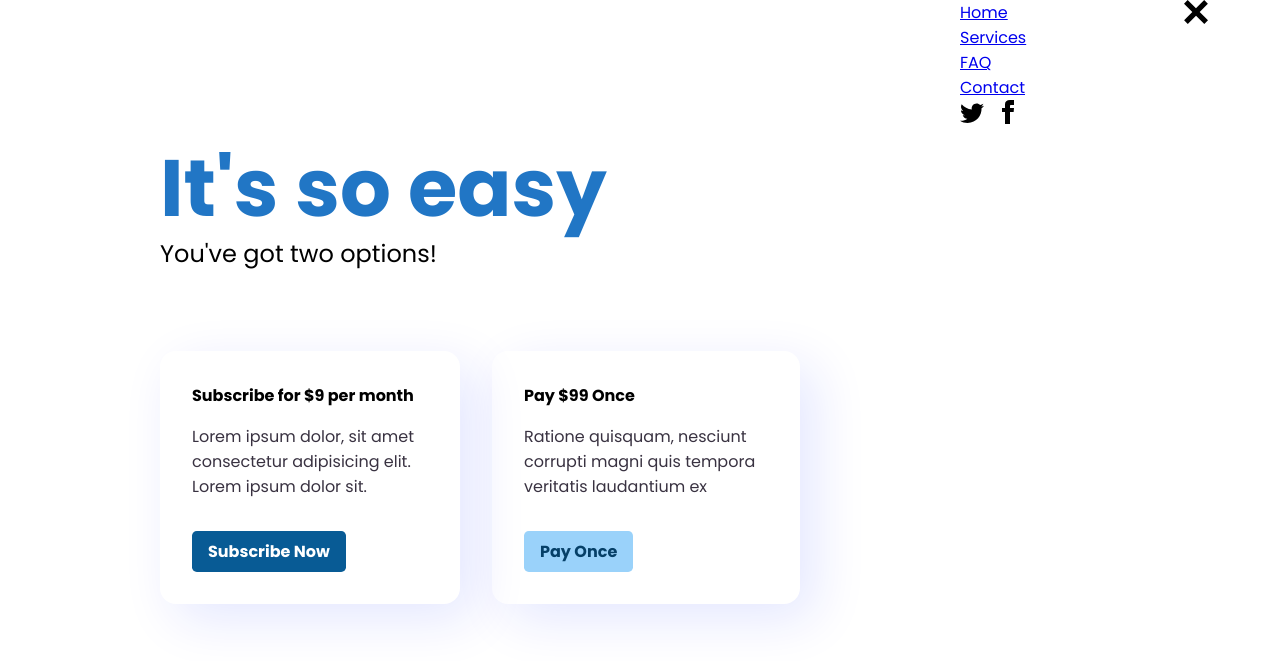
Repository: Hyperion72R/Animated-Navigation
Page: index.html
These files come from the project's save history. The page is drawn as it stood at one moment and after the next save; the edit follows.
The browser window is 1280 px wide. The pictures show the whole page.
The style sheet was rebuilt from its Sass, Less or Tailwind sources for each picture, by a compiler version that may differ from the author's.

Above is the page before, as saved 2021-09-02 16:50:28.

After the next save:
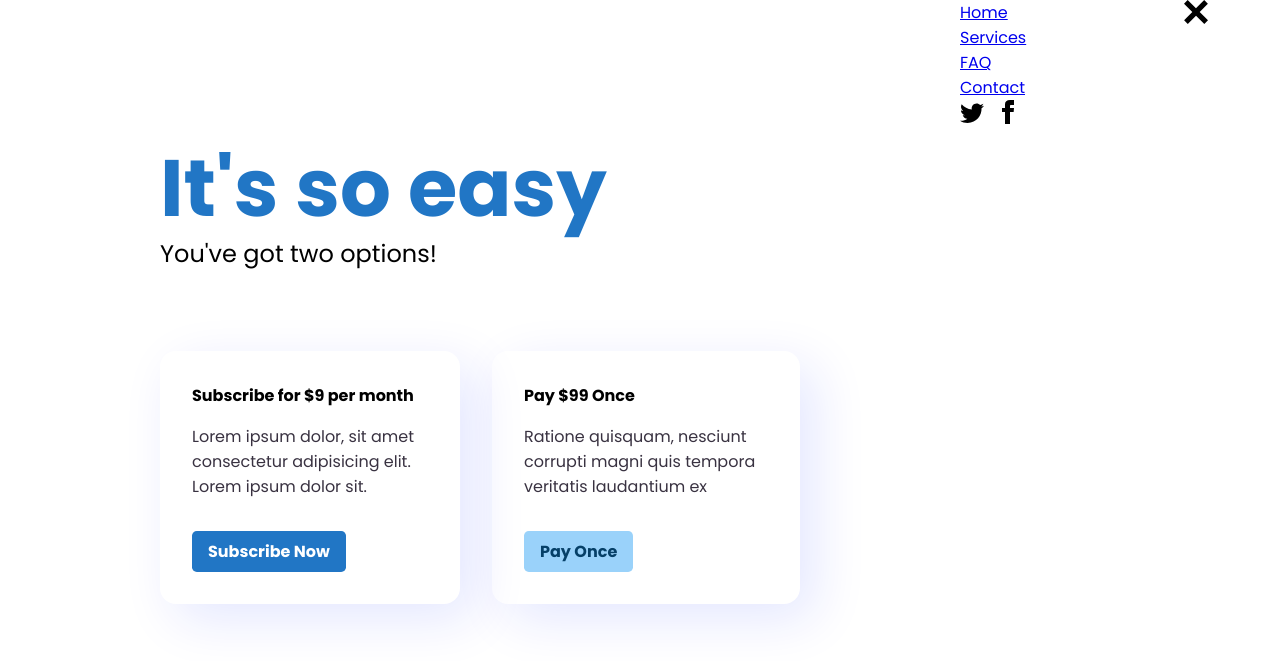
Saved 19 s later.
--- a/css/main.scss
+++ b/css/main.scss
@@ -163,7 +163,7 @@ h2 {
       padding: 0.5em 1em;
       border-radius: 0.3em;
       text-decoration: none;
-      background: #085b95;
+      background: #2176c5;
       margin-top: 1em;
       display: inline-block;
       color: white;
